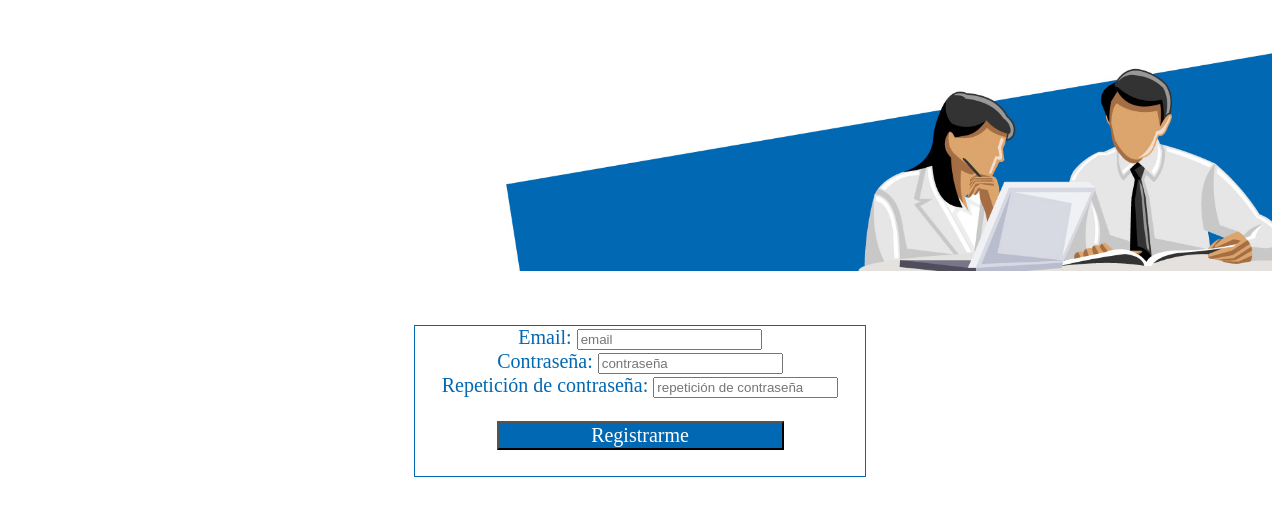
Repository: jluislechado/gestionUsuario
Page: http://localhost/php/registro.php
The author's editor kept a record of every edit. The page is drawn from the files as they stood at one moment, then again after the next edit.
The browser window is 1280 px wide. The pictures show the whole page.
The page is run by PHP 8.4 with error messages shown; the project is at /var/www/html/.

Above is the page before.

### workspace/php/registro.php

<!DOCTYPE html>
<html>
    <head>
        <meta charset="UTF-8">
        <title></title>
         <link rel="stylesheet" href="../estilo/estilo.css"/>
    </head>
    <body>
        <header>
            <img src="../estilo/imagenes/cabecera.jpg" alt="cabecera" id="cabecera"/>
        </header>
        <div class="blanco"></div>
        <div id="formularioIndex">
            <form action="../oauth/enviar.php" method="post">
                <span>Email: </span><input type="email" name="email" placeholder="email"/></br>
                <span>Contraseña: </span><input type="password" name="contrasena" placeholder="contraseña"/></br>
                <span>Repetición de contraseña: </span><input type="password" name="repeticion" placeholder="repetición de contraseña"/></br></br>
                <input type="submit" value="Registrarme" id="botonIndex"/>
            </form>
        </div>
    </body>
</html>

### workspace/estilo/estilo.css
header{
    width:100%;
}
#cabecera{
    width:100%;
}
#formularioIndex{
    width:450px;
    height:150px;
    border:1px solid #0168b3;
    margin:0 auto;
    font-family:raleway;
    font-size:20px;
    color:#0168b3;
    text-align:center;
}
#botonIndex{
    background-color:#0168b3;
    font-family:raleway;
    font-size:20px;
    color:white;
    width:287px;
}
.blanco{
    width:100%;
    height:50px;
}
#enlacesIndex{
    width:450px;
    margin:0 auto;
    font-family:raleway;
    font-size:20px;
    color:#0168b3;
    text-align:center;
}
a{
    list-style:none;
    text-decoration:none;
    color:#0168b3;
}
#administradorIndex{
    width:100%;
    font-family:raleway;
    font-size:20px;
    color:#0168b3;
    text-align:right;
}
#h1{
    width:100%;
    font-family:raleway;
    color:#0168b3;
    font-size:40px;
    text-align:center;
    font-weight:200;
}
#formularioIndex2{
    width:450px;
    height:150px;
    border:1px solid #0168b3;
    margin-left:50px;
    float:left;
    font-family:raleway;
    font-size:20px;
    color:white;
    background-color:#0168b3;
    text-align:center;
}
#ladoDerecho{
    width:250px;
    float:right;
    margin-right:50px;
}
.usuario{
    width:250px;
    border:1px solid white;
    text-align:center;
    font-family:raleway;
    font-size:20px;
    background-color:#0168b3;
    margin-bottom:8px;
}
.usuario a{
   color:white;
}
table{
    margin:0 auto;
    font-family:raleway;
}
.mensaje{
    font-family:raleway;
    font-size:20px;
    background-color:#0168b3;
}

After the next edit:
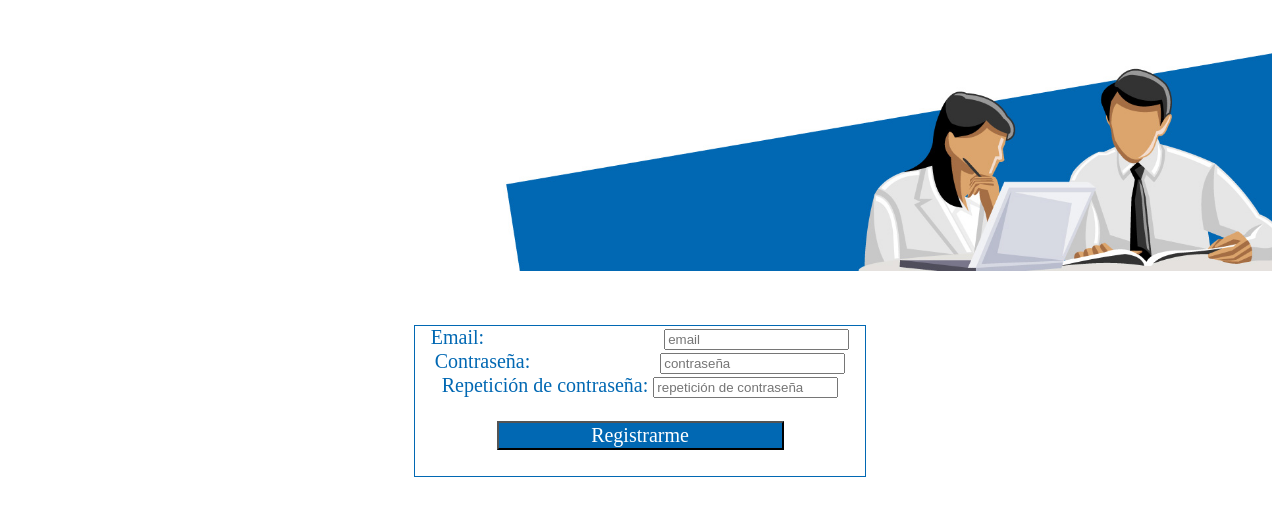
The edit:
--- a/workspace/php/registro.php
+++ b/workspace/php/registro.php
@@ -13,8 +13,8 @@
         <div class="blanco"></div>
         <div id="formularioIndex">
             <form action="../oauth/enviar.php" method="post">
-                <span>Email: </span><input type="email" name="email" placeholder="email"/></br>
-                <span>Contraseña: </span><input type="password" name="contrasena" placeholder="contraseña"/></br>
+                <span>Email: &nbsp;&nbsp;&nbsp;&nbsp;&nbsp;&nbsp;&nbsp;&nbsp;&nbsp;&nbsp;&nbsp;&nbsp;&nbsp;&nbsp;&nbsp;&nbsp;&nbsp;&nbsp;&nbsp;&nbsp;&nbsp;&nbsp;&nbsp;&nbsp;&nbsp;&nbsp;&nbsp;&nbsp;&nbsp;&nbsp;&nbsp;&nbsp;&nbsp;&nbsp;&nbsp;</span><input type="email" name="email" placeholder="email"/></br>
+                <span>Contraseña: &nbsp;&nbsp;&nbsp;&nbsp;&nbsp;&nbsp;&nbsp;&nbsp;&nbsp;&nbsp;&nbsp;&nbsp;&nbsp;&nbsp;&nbsp;&nbsp;&nbsp;&nbsp;&nbsp;&nbsp;&nbsp;&nbsp;&nbsp;&nbsp;&nbsp;</span><input type="password" name="contrasena" placeholder="contraseña"/></br>
                 <span>Repetición de contraseña: </span><input type="password" name="repeticion" placeholder="repetición de contraseña"/></br></br>
                 <input type="submit" value="Registrarme" id="botonIndex"/>
             </form>
